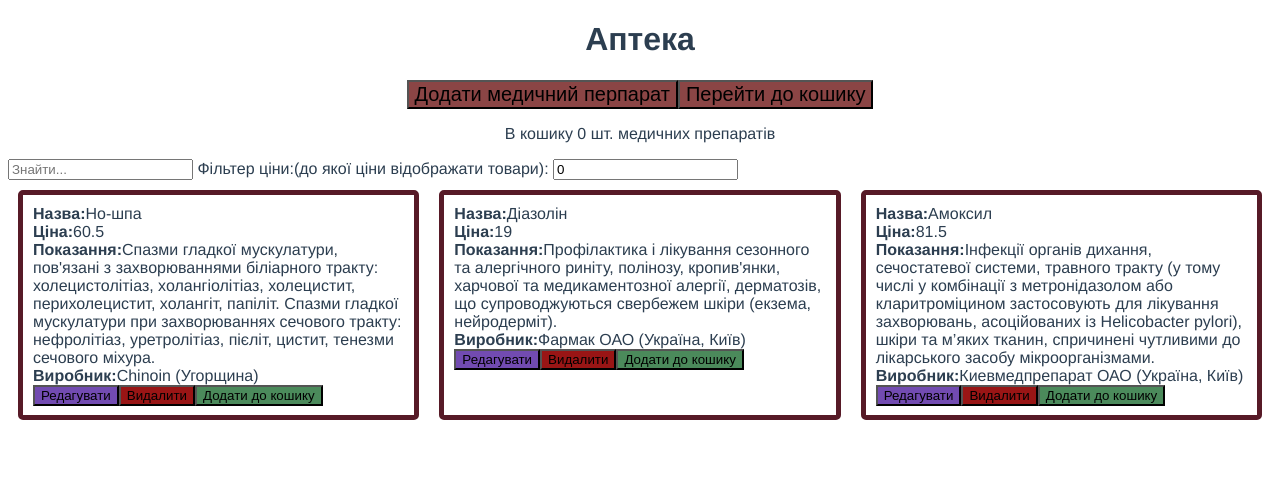
Repository: kristinap8/pharmacy
Page: /
These files come from the project's save history. The page is drawn as it stood at one moment and after the next save; the edit follows.
The browser window is 1280 px wide. The pictures show the whole page.
The project was rebuilt for these pictures with package versions that can differ from the ones it lists, and the page was loaded fresh each time. Also part of the build but not shown: src/components/AddMedicineForm/index.vue, src/pages/AddMedicine/index.vue, src/components/EditMedicineForm/index.vue, src/pages/EditMedicine/index.vue, src/components/CartForm/index.vue, src/pages/Cart/index.vue.

Above is the page before, as saved 2020-12-10 09:47:32.

After the next save:
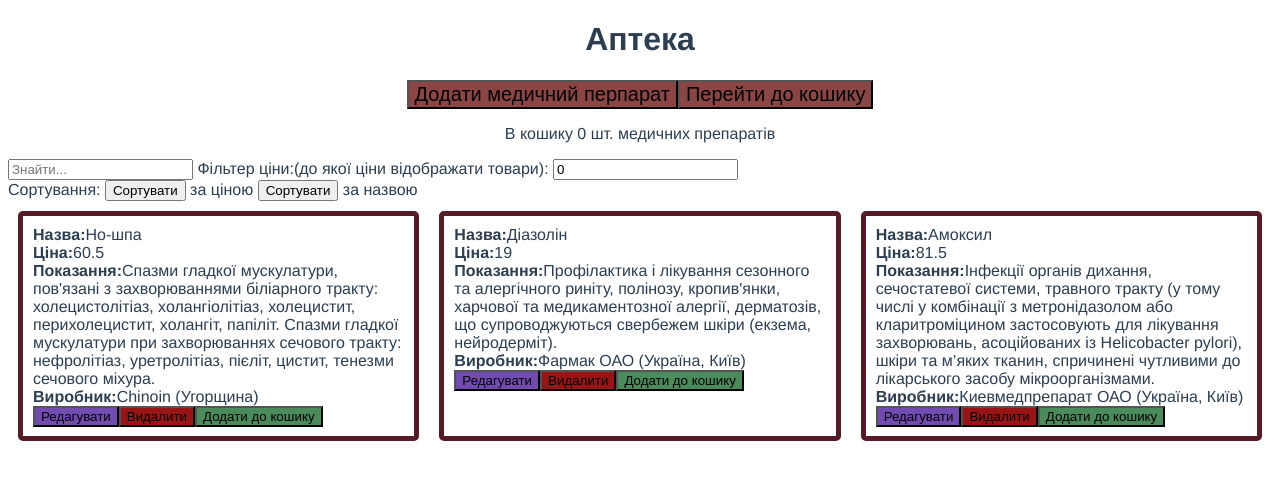
Saved 3 min 2 s later.
--- a/src/components/MedicinesList/index.vue
+++ b/src/components/MedicinesList/index.vue
@@ -4,8 +4,17 @@
           <input type="text" placeholder="Знайти..." v-model="search"/>
           <label>
           Фільтер ціни:(до якої ціни відображати товари):
-          <input type="number" v-model="price" />
+          <input type="number" v-model="price"/>
           </label>
+        </div>
+        <div>
+            <label>
+                Сортування:
+                <button>Сортувати</button>
+                за ціною
+                <button>Сортувати</button>
+                за назвою
+            </label>
         </div>
     <div class="list-container">
     <medicine-card
